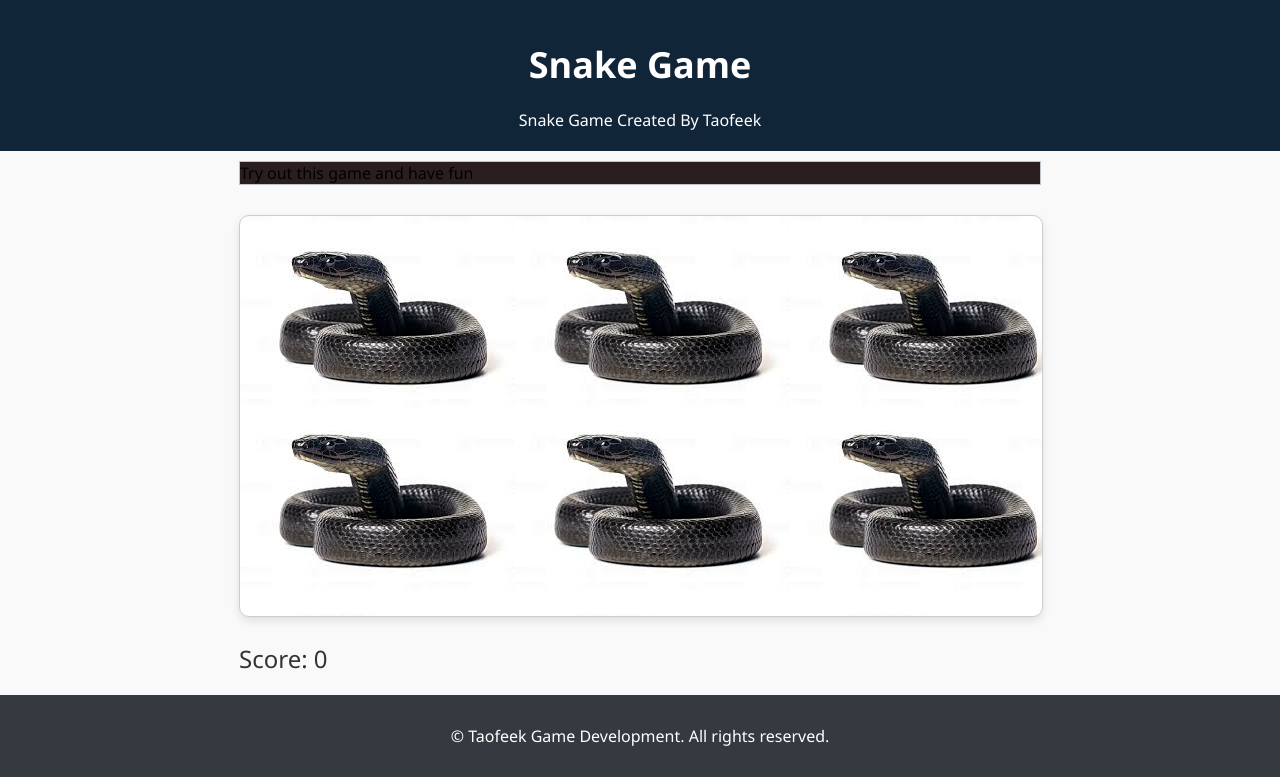
Repository: Taofeekolusola/Landing-page
Page: index.html
These files come from the project's save history. The page is drawn as it stood at one moment and after the next save; the edit follows.
The browser window is 1280 px wide. The pictures show the whole page.

Above is the page before, as saved 2024-05-06 18:41:05.
Not found: script.js

### index.html
<!DOCTYPE html>
<html lang="en">
<head>
    <meta charset="UTF-8">
    <meta name="viewport" content="width=device-width, initial-scale=1.0">
    <title>Snake Game</title>
    <link rel="stylesheet" href="styles.css">
</head>
<body>
    <header>
        <div class="container">
            <h1>Snake Game</h1>
        </div>
        <div class="name">Snake Game Created By Taofeek</div>
    </header>
    <main>
        <div>
            <div class="text">Try out this game and have fun</div>
            <canvas class="snake"></canvas>
            <div id="score">Score: 0</div>
        </div>
    </main>
    <footer>
        <div class="container">
            <p>&copy; Taofeek Game Development. All rights reserved.</p>
        </div>
    </footer>
    <script src="script.js"></script>
</body>
</html>

### styles.css
body {
    font-family: 'Segoe UI', Tahoma, Geneva, Verdana, sans-serif;
    margin: 0;
    padding: 0;
    display: flex;
    flex-direction: column;
    min-height: 100vh;
    background-color: #f9f9f9;
}

.container {
    width: 80%;
    max-width: 800px;
    margin: 0 auto;
    padding: 20px;
}

header {
    background-color: #112538;
    color: #fff;
    text-align: center;
    padding: 20px 0;
}

header h1 {
    font-size: 36px;
    margin: 0;
}

.snake {
    height: 400px;
    width: 100%;
    margin-top: 20px;
    background-image: url('image.jpg');
}

.text {
    margin: 10px 0px;
    border: 1px solid #bcc4cc;
    background-color: #2b1e1e;
}

main {
    flex-grow: 1;
    display: flex;
    justify-content: center;
    align-items: center;
}

canvas {
    border: 1px solid #ccc;
    border-radius: 10px;
    box-shadow: 0 4px 8px rgba(0, 0, 0, 0.1);
}

#score {
    margin-top: 20px;
    font-size: 24px;
    color: #333;
}

footer {
    background-color: #343a40;
    color: #fff;
    text-align: center;
    padding: 10px 0;
    margin-top: 20px;
}

footer p {
    margin: 0;
}

After the next save:
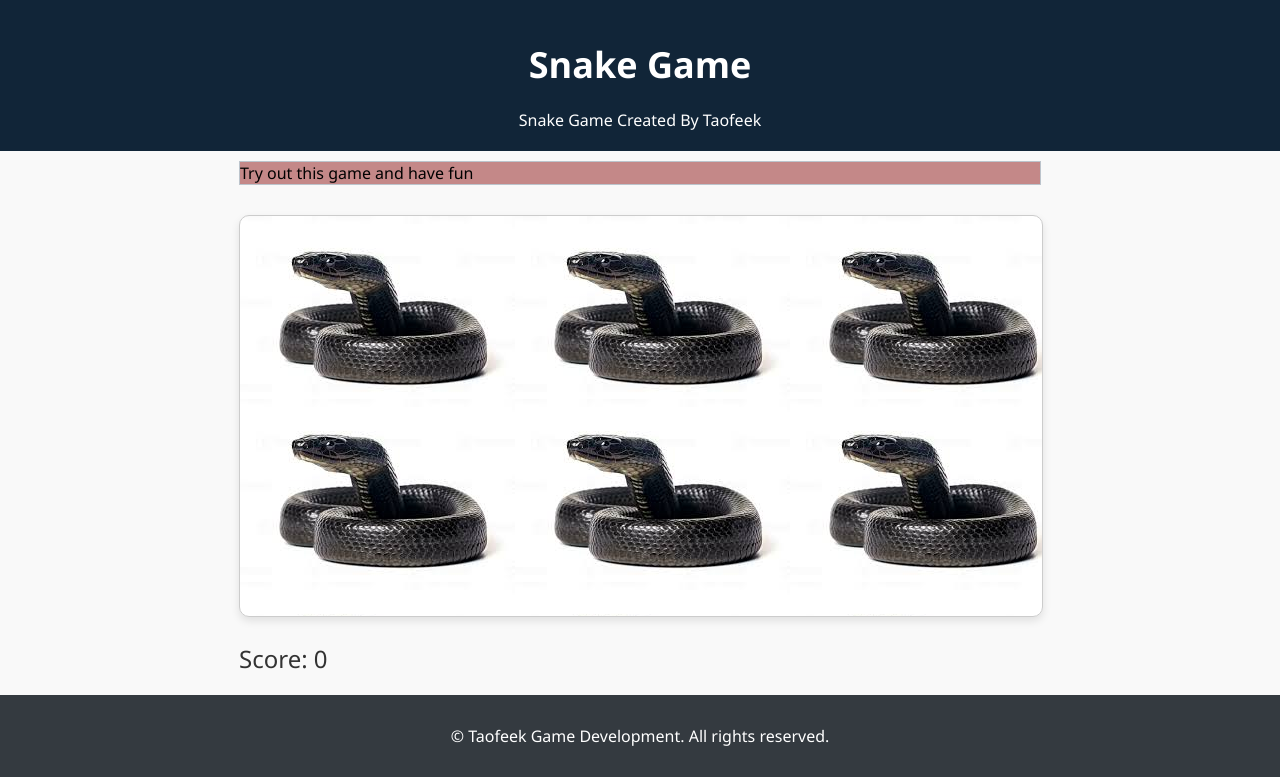
Saved 8 s later.
--- a/styles.css
+++ b/styles.css
@@ -37,7 +37,7 @@ header h1 {
 .text {
     margin: 10px 0px;
     border: 1px solid #bcc4cc;
-    background-color: #2b1e1e;
+    background-color: #c48888;
 }
 
 main {
